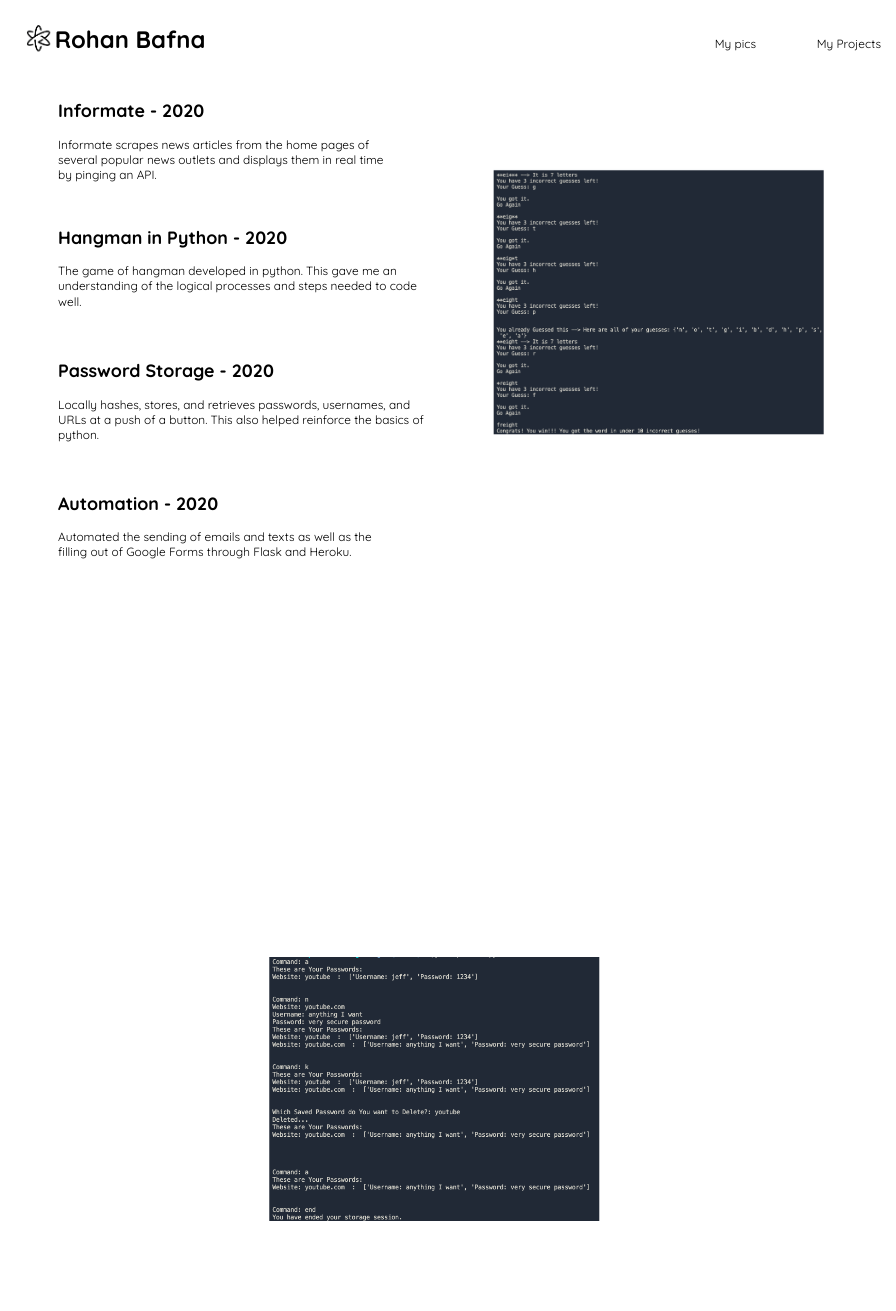
Repository: rbafna6507/rbafna6507.github.io
Page: projects.html
An editor plug-in stored every save of this project. The page is shown before and after the next save, followed by the edit.
The browser window is 1280 px wide. The page is 1357 px wide, so the pictures cover 1357 px, including what lies to the right of the window. The pictures show the whole page, at 66% of full size.

Above is the page before, as saved 2020-12-18 18:25:36.

### projects.html
<!DOCTYPE HTML>
<html>
<head>
    <link rel="shortcut icon" type="image/png" href="circular actual atom logo.png"/>
    <title>my projects</title>
    <link href= "projects.css" type= "text/css" rel= "stylesheet">
    <link href="https://fonts.googleapis.com/css?family=Quicksand:400,700&display=swap" rel="stylesheet">
</head>
<body>
<div id= "navbar">
    <header class= "header">
        <div id="hi">
          <img id= "logo" src= "actual atom logo.png"></a>
          <a href= "index.html"><h1>Rohan Bafna</h1></a>
        </div>
        <div class= "leftsidelist">
            <ul>
                <a href= "pics.html"><li class= "about">My pics</li></a>
                <a href= "projects.html"><li class= "projects">My Projects</li></a>
            </ul>
        </div>
    </header>
</div>
<div id = "informate" class = "project">
    <h2>
        <strong>Informate - 2020</strong>
    </h2>
    <h4>Informate scrapes news articles from the home pages of <br>several popular news outlets and displays them in real time <br>by pinging an API.</h4>
</div>
<div>
    <img id = "informate_img" class = "imgs" src = "informate_pic.png">
</div>
<div id = "hangman" class = "project">
    <h2>Hangman in Python - 2020</h2>
    <h4>The game of hangman developed in python. This gave me an <br>understanding of the logical processes and steps needed to code <br>well.</h4>
</div>
<div>
    <img id = "hangman_img" class = "imgs" src = "hangman_pic.png">
</div>
<div id = "password" class = "project">
    <h2>Password Storage - 2020</h2>
    <h4>Locally hashes, stores, and retrieves passwords, usernames, and <br>URLs at a push of a button. This also helped reinforce the basics of<br>python.</h4>
</div>
<div>
    <img id = "password_img" class = "imgs" src = "password_pic.png">
</div>
<div id = "automation" class = "project">
    <h2>Automation - 2020</h2>
    <h4>Automated the sending of emails and texts as well as the <br>filling out of Google Forms through Flask and Heroku.</h4>
</div>
</body>
</html>

### projects.css
* {box-sizing:border-box}

li{
  display: inline;
  list-style-type: none;
  text-align: left;
  padding-left: 30px;
  font-size: 18px;
  font-weight: 36px;
  width: 150px;
  display: inline-block;
  position: relative;
  left: 970px;
  bottom: 60px;
}

ul{
  display: inline;
  margin: 10px 0px;
  padding: 0;
  text-align: center;
  position: relative;
}

.header {
  font-family: "quicksand";
  position: relative;
  left: 10px;
  bottom: 40px;
}

.leftsidelist {
  position: relative;
  top: 10px;
  left: 45px;
}

#logo {
    display: inline-block;
    width: 40px;
    height: 40px;
    position: relative;
    top: 70px;
    bottom: 400px;
  }

  h1 {

    padding-left: 50px;
    font-size: 36px;
    position: relative;
    right: 5px;
}
  .home {
    padding-bottom: 30px;
  }

  .about {
    padding-bottom: 30px;
  }

  #navbar {
    position: relative;
    left: 20px;
  }

  a:link {
    text-decoration: none;
    color: black;
  }

  a:visited {
    text-decoration: none;
    color: black;
  }

  a:hover {
    color: #ce321e
  }

  a:active {
    color: #ce321e
  }

  .project{
      display: inline;
      font-family: "quicksand";
      position: relative;
      font-weight: normal;
      left: 80px;
      padding-top: 5px;
      font-size: 18px;
  }

  #informate{
    position: relative;
    bottom: 70px;
  }

  #hangman{
    position: relative;
    bottom: 430px;
  }

  #password{
    position: relative;
    bottom: 780px;
  }

  #automation{
    position:relative;
    bottom: 1130px;
  }

  h4{
    display: inline;
    font-weight: normal;
  }

  .imgs{
    display: inline;
    position: relative;
    left: 400px;
    height: 400px;
    width: 500px;
  }

  #informate_img{
    position: relative;
    left: 740px;
    bottom: 90px;
  }

  #hangman_img{
    position: relative;
    left: 740px;
    bottom:640px;
  }

After the next save:
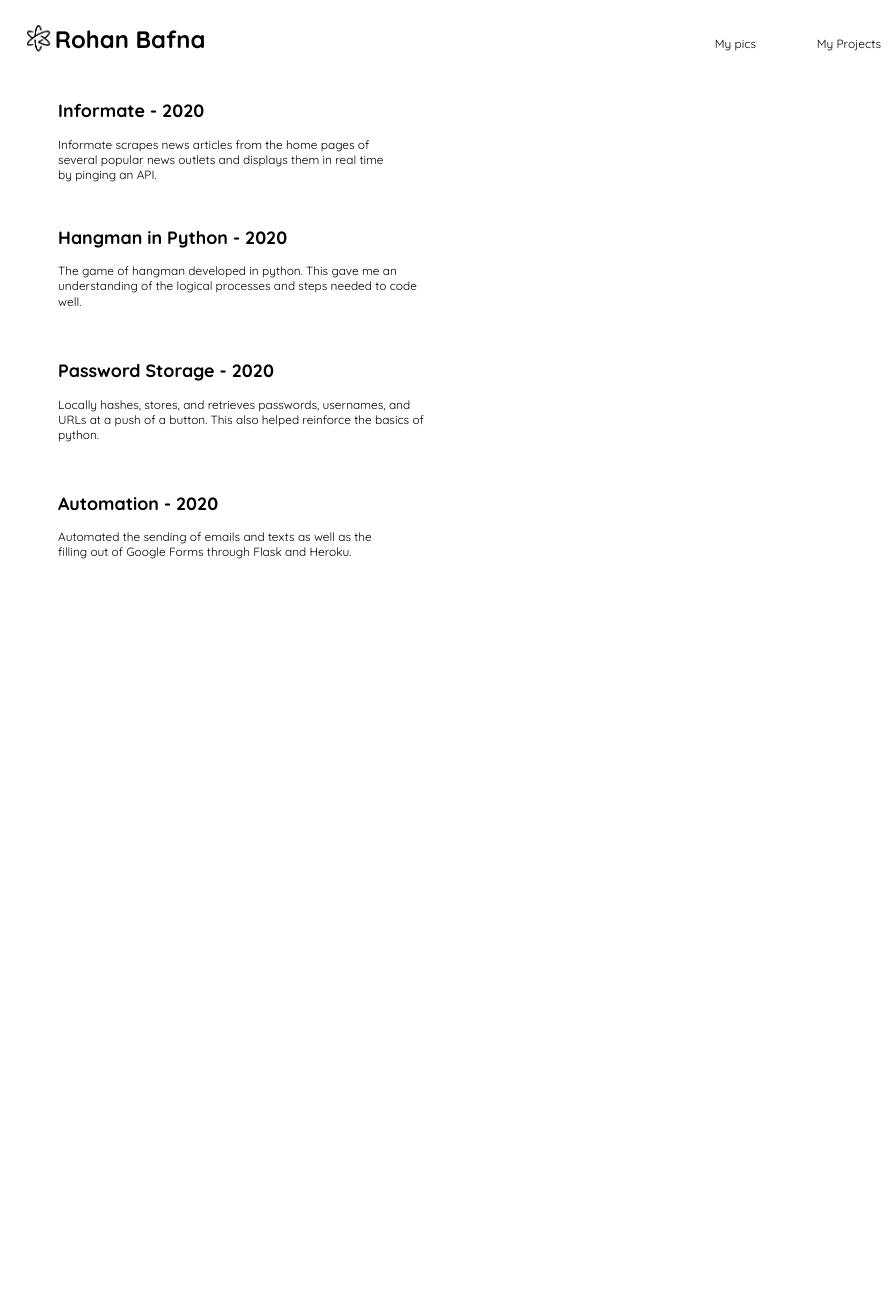
Saved 62 s later.
--- a/projects.css
+++ b/projects.css
@@ -90,6 +90,8 @@
       left: 80px;
       padding-top: 5px;
       font-size: 18px;
+      pointer-events: auto;
+      cursor: pointer;
   }
 
   #informate{
@@ -123,6 +125,7 @@
     left: 400px;
     height: 400px;
     width: 500px;
+    visibility: hidden;
   }
 
   #informate_img{

After the save that followed:
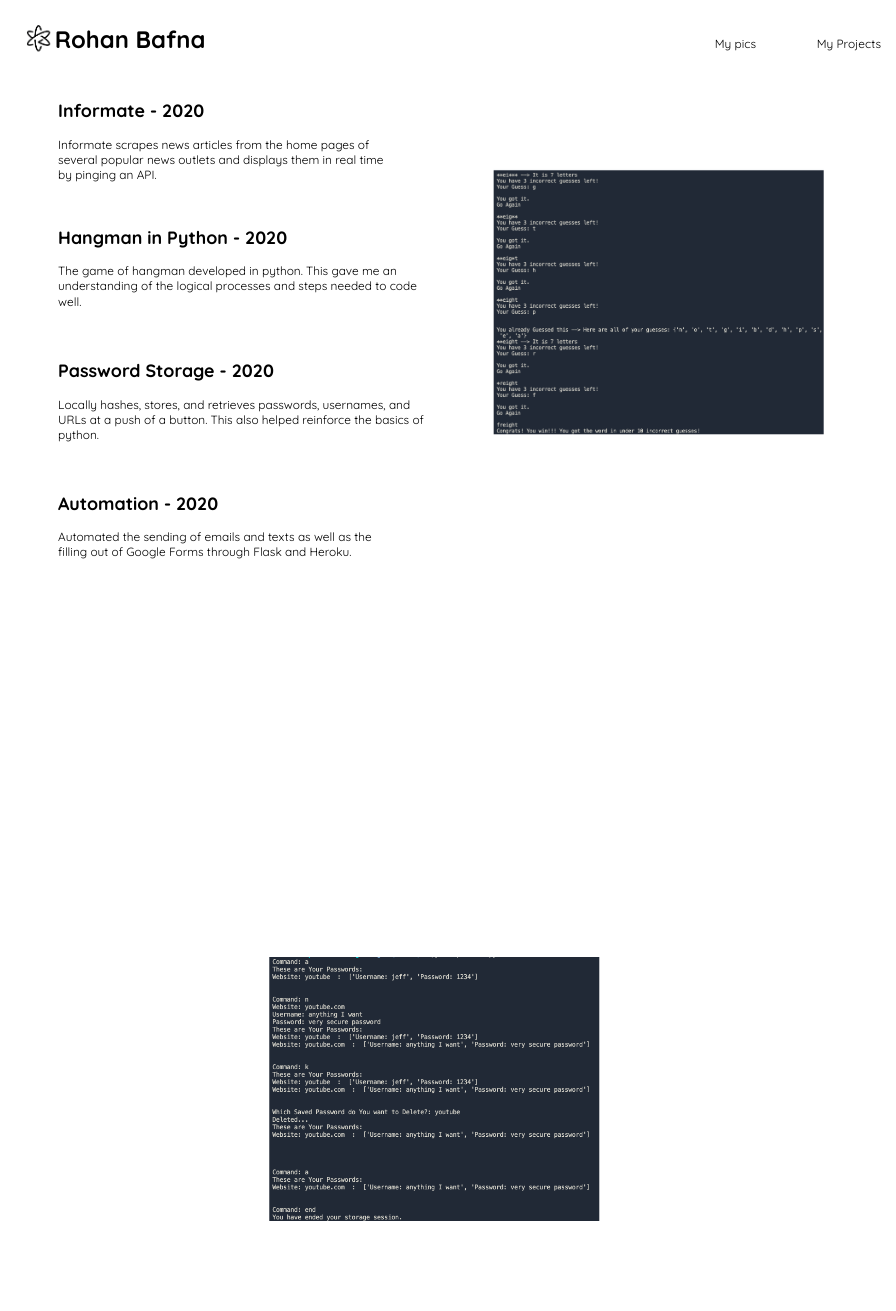
Saved 5 s later.
--- a/projects.css
+++ b/projects.css
@@ -125,7 +125,7 @@
     left: 400px;
     height: 400px;
     width: 500px;
-    visibility: hidden;
+
   }
 
   #informate_img{
